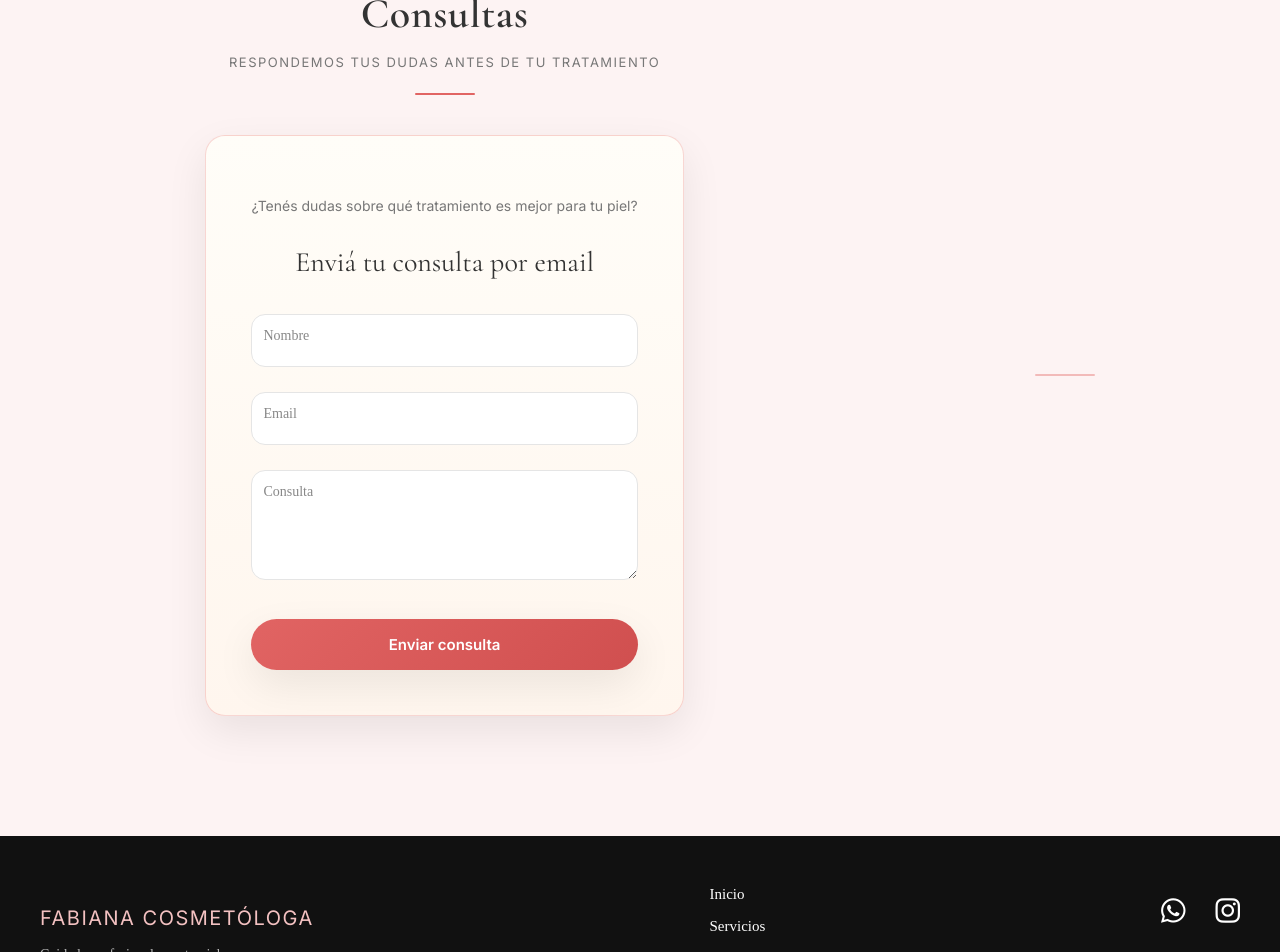
Repository: thiagobal1891-sudo/paginaweb
Page: pages/agenda.html
An editor plug-in stored every save of this project. The page is shown before and after the next save, followed by the edit.
The browser window is 1280 px wide. The pictures show the part of the page from y = 1425 to 2377 px (the page is 2600 px tall before and 2625 px after).
Some web fonts or font styles are not loaded; a fallback is used.

Above is the page before, as saved 2026-03-11 19:15:06.
Console error: ReferenceError: emailjs is not defined

### pages/agenda.html
<!DOCTYPE html>
<html lang="es">

<head>
  <meta charset="UTF-8">
  <meta name="viewport" content="width=device-width, initial-scale=1.0">
  <title>Fabiana Cosmetóloga</title>

  <!-- 🎨 Estilos locales -->
  <link rel="stylesheet" href="../css/style.css">

  <!-- 🪶 Tipografías -->
  <link rel="preconnect" href="https://fonts.googleapis.com">
  <link rel="preconnect" href="https://fonts.gstatic.com" crossorigin>
  <link
    href="https://fonts.googleapis.com/css2?family=Melodrama:wght@400;500;600;700&family=Inter:wght@100..900&family=Poppins:wght@100..900&family=Cormorant+Garamond:wght@300..700&display=swap"
    rel="stylesheet">

  <!-- ⭐ Font Awesome -->
  <link rel="stylesheet" href="https://cdnjs.cloudflare.com/ajax/libs/font-awesome/6.5.0/css/all.min.css"
    crossorigin="anonymous" referrerpolicy="no-referrer" />
</head>

<body>
  <header>
    <div class="container">
      <a href="../index.html" class="logo">
        <img src="../media/logo.png" alt="Logo de la marca">
      </a>
      <nav>
        <a href="servicios.html">SERVICIOS</a>
        <a href="agenda.html">AGENDA</a>
        <a href="info.html">INFO</a>
        <a href="contacto.html">CONTACTO</a>
      </nav>
    </div>
  </header>
<section id="agenda-ya" class="appear">

<div class="section-title">
  <h2>Agenda tu próxima cita</h2>
  <p>Elegí el horario disponible</p>
</div>

<div class="agenda-card">
  <iframe
  src="https://calendar.google.com/calendar/appointments/schedules/AcZssZ2eKdgVxdvbgrkUTVsqOwalHssheLS5kVcqAfOLuK-u68fTKpPQHXKQoJWOc8hcPsaKt-rAaWGU?gv=true"
  width="100%"
  height="600"
  style="border:0">
  </iframe>
</div>

</section>

<section id="consultas">

<div class="container">

<div class="section-title">
<h2>Consultas</h2>
<p>Respondemos tus dudas antes de tu tratamiento</p>
</div>

<div class="consulta-card">

<p class="consulta-sub">
¿Tenés dudas sobre qué tratamiento es mejor para tu piel?
</p>

<h3>Enviá tu consulta por email</h3>

<form id="consulta-form">

<div class="form-group">
<input type="text" name="user_name" required placeholder=" ">
<label>Nombre</label>
</div>

<div class="form-group">
<input type="email" name="user_email" required placeholder=" ">
<label>Email</label>
</div>

<div class="form-group">
<textarea name="message" rows="4" required placeholder=" "></textarea>
<label>Consulta</label>
</div>

<button type="submit" class="btn-enviar">
Enviar consulta
</button>

</form>

</div>

</div>

</section>


<footer class="footer">
  <div class="footer-container">

    <!-- Marca -->
    <div class="footer-brand">
      <h3>Fabiana Cosmetóloga</h3>
      <p>Cuidado profesional para tu piel</p>
    </div>

    <!-- Links internos -->
    <div class="footer-links">
      <a href="../index.html">Inicio</a>
      <a href="../pages/servicios.html">Servicios</a>
      <a href="../pages/agenda.html">Agenda</a>
      <a href="../pages/info.html">Info</a>
      <a href="../pages/contacto.html">Contacto</a>
    </div>

    <!-- Redes -->
    <div class="footer-social">
      <a href="https://wa.me/59894623252" target="_blank">
        <i class="fa-brands fa-whatsapp"></i>
      </a>
      <a href="https://www.instagram.com/fabicosmetologa" target="_blank">
        <i class="fa-brands fa-instagram"></i>
      </a>
    </div>

  </div>

  <div class="footer-bottom">
    <p>© 2026 Fabiana Cosmetóloga · Todos los derechos reservados</p>
  </div>
</footer>

  <!-- 📧 EmailJS -->
  <script src="https://cdn.jsdelivr.net/npm/emailjs-com@3/dist/email.min.js"></script>

  <!-- 🧠 Archivo JS externo -->
  <script src="../script.js" defer></script>


</body>

</html>

### css/style.css
@charset "UTF-8";

* {
  box-sizing: border-box;
}

html {
  scroll-behavior: smooth;
}


body {
  font-family: "Melodrama", serif;
  margin: 0;
}

@keyframes appear {
  from {
    opacity: 0;
    scale: 0.5;
  }
  to {
    opacity: 1;
    scale: 1;
  }
}
.appear{
opacity:0;
transform:translateY(40px);
transition:all .8s ease;
}

.appear.show{
opacity:1;
transform:translateY(0);
}
h1 {
  font-size: 3rem;
  line-height: 1.1;
}

h2 {
  font-size: 2rem;
  line-height: 1.2;
}

p {
  font-size: 1rem;
  line-height: 1.6;
}

h3 {
  font-size: 0.9em;
  font-family: "Inter", sans-serif;
  font-weight: 400;
  letter-spacing: 1.5px;
  color: #f3c1c1; /* tono más delicado que rojo fuerte */
  text-transform: uppercase;
}

section{
position:relative;
}

section::after{
content:"";
display:block;
width:60px;
height:2px;
background:#E16463;
margin:80px auto 0;
opacity:.4;
border-radius:2px;
}


.info_carta {
  font-size: 0.75em;
  color: #f2f2f2;
  font-family: "Inter", sans-serif;
  line-height: 1;
  margin-bottom: 2px;
  max-width:450px;
}


ul {
  list-style: none;
  padding-left: 0;
  font-size: 0.75em;
  font-family: "Inter", sans-serif;
  color: #ffffff;
}

ul li {
  margin-bottom: 4px;
  line-height: 1.3;
  padding-left: 22px;
  position: relative;
  opacity: 0.95;
  transition: transform 0.3s ease, opacity 0.3s ease;
}


ul li::before {
  content: "✧";
  position: absolute;
  left: 0;
  top: 0;
  color: #f3c1c1;
  font-size: 0.75em;
}


button {
  font-size: 1.5em;
  font-weight: 400;
  padding: 10px 30px;
  border-radius: 10px;
  border: 1.5px solid rgb(84, 84, 84);
  box-shadow: 0 15px 40px rgba(0,0,0,.08);
  color: white;
  background-color: #d86a6a;
  font-family: "Inter", sans-serif;
  transition: all 0.3s ease;
  cursor: pointer;
  font-weight: bold;
}

button:hover {
  background-color: white;
  color: #E16463;
  border-color: white;
}

.container {
  max-width: 1400px;
  margin: auto;
  padding:0 20px;
}
.container > *:not(:last-child){
margin-bottom:40px;
}
header {
  position: fixed;
  width: 100%;
  top: 0;
  left: 0;
  background-color: white;
  z-index: 1000;
  max-height: 120px;
  box-shadow: 0 15px 40px rgba(0,0,0,.08);
}

header .logo {
  display: flex;
  align-items: center;
  justify-content: flex-start;
}

header .logo img {
  width: 140px;
  /* ajusta según tu diseño */
  height: 90px;
  border-radius: 2px;
  margin-bottom: 10px;
}

header .container {
  display: flex;
  flex-direction: column;
  align-items: center;
}

header nav {
  display: flex;
  flex-direction: row;
  /* 🔹 cambia "column" por "row" */
  justify-content: center;
  /* opcional: centra los ítems horizontalmente */
  align-items: center;
  /* opcional: los alinea verticalmente */
  text-align: center;
}

header a {
  padding: 0px 5px;
  text-decoration: none;
  color: rgb(84, 84, 84);
  display: inline-block;
  font-family: "Inter", sans-serif;
  margin: 0 5px;
  font-size:14px;
letter-spacing:1px;
}

header a:hover {
  color:#E16463;
}

#hero {
    display: flex;
    align-items: flex-start;
    justify-content: center;
    text-align: left;
    flex-direction: column;
    min-height: 90vh;
    background-image: linear-gradient(0deg, rgba(0, 0, 0, 0.5),
      rgba(0, 0, 0, 0.5)),
      url("../media/fotopiel-rutina-de-skincare-cuidado-facial.webp");
      background-repeat: no-repeat;
      background-size: cover;
      background-position: center center; }

#hero h1 {
  color: white;
  font-family: "Cormorant Garamond";
  font-weight: 600;
  align-self: flex-start;
  text-align: left;
  padding-left: 50px;
  font-size: 5.5rem;
  max-width:700px;
  animation:heroFade 1.2s ease;
}
@keyframes heroFade{
from{
opacity:0;
transform:translateY(40px);
}
to{
opacity:1;
transform:translateY(0);
}
}
#hero button {
  font-size: 1.75em;
  align-self: flex-start;
  margin-left: 150px;
  margin-top: 25px;
  animation:heroFade 1.6s ease;
}


.section-title{
text-align:center;
margin-bottom:60px;
position:relative;
}

.section-title h2{
font-family:"Cormorant Garamond", serif;
font-size:36px;
font-weight:600;
color:#333;
margin-bottom:10px;
letter-spacing:0.5px;
}

.section-title p{
font-family:"Inter", sans-serif;
font-size:13px;
color:#777;
letter-spacing:1.5px;
text-transform:uppercase;
}

/* línea elegante */
.section-title::after{
content:"";
display:block;
width:60px;
height:2px;
background:#E16463;
margin:20px auto 0;
border-radius:2px;
}
.carousel_infocosmet {
  width: 100%;
  overflow: hidden;
  position: relative;
  background-color:  rgba(225,100,99,.15);
  padding:90px 0;
}
.carousel-track{
display:flex;
transition:transform .9s cubic-bezier(.22,.61,.36,1);
}
.slide{
min-width:100%;
width:100%;
flex-shrink:0;
display:flex;
align-items:flex-start;
justify-content:center;
gap:40px;
position:relative;
  opacity:1;
  transform:scale(1);
  transition:all .5s ease;
}
.slide.active{
opacity:1;
transform:scale(1);
}
.slide:hover img{
transform:scale(1.04);
}
.slide:hover .img-wrapper{
box-shadow:0 15px 40px rgba(0,0,0,.08);
}
.img-wrapper{
position:relative;
width:100%;
max-width:520px;
height:320px;
overflow:hidden;
border-radius:12px;
margin:0 auto;
display: block;
box-shadow:0 15px 40px rgba(0,0,0,.08);
transition:all .4s ease;
}

.img-wrapper .badge{
position:absolute;
left:12px;

display:inline-block;

background:rgba(0,0,0,0.55);
backdrop-filter:blur(4px);

color:white;
font-family:"Inter", sans-serif;
font-size:11px;
letter-spacing:1.5px;

padding:6px 14px;
border-radius:20px;

white-space:nowrap;

z-index:5;

box-shadow:0 15px 40px rgba(0,0,0,.08);
border:1px solid rgba(255,255,255,0.15);
}
.img-wrapper img {
width:100%;
height:100%;
object-fit:cover;
display: block;
transition:transform .6s ease, filter .6s ease;
}

.img-wrapper:hover{
transform:translateY(-4px);
box-shadow:0 15px 40px rgba(0,0,0,.08);
}
.badge.top{
top:12px;
}

.badge.bottom{
bottom:12px;
}
#infocosmet .img-wrapper{
position:relative;
overflow:hidden;
}

#infocosmet .badge{
position:absolute;
left:12px;
background:rgba(0,0,0,.55);
backdrop-filter:blur(4px);
color:white;
font-family:"Inter",sans-serif;
font-size:11px;
letter-spacing:1.5px;
padding:6px 14px;
border-radius:20px;
white-space:nowrap;
z-index:20;
}

#infocosmet .badge.top{
top:12px;
}

#infocosmet .badge.bottom{
bottom:12px;
}


#Tratamientos .container{
  background: linear-gradient(180deg, #fffdf8, #fff6ee);
  box-shadow: 0 15px 40px rgba(0,0,0,.08);
}




.carousel-wrapper{
overflow:hidden;
max-width:1200px;
margin:0 auto;
position:relative;
}

/* TRACK */
.carta-tratamientos{
display:flex;
gap:30px;
overflow-x:auto;
scroll-snap-type:x mandatory;
scroll-behavior:smooth;
padding:10px;
}

/* ocultar scrollbar */
.carta-tratamientos::-webkit-scrollbar{
display:none;
}

/* CARTAS */
.carta{
flex:0 0 100%;
scroll-snap-align:center;
height:520px;
border-radius:12px;
background:white;
padding:40px;
background-size:cover;
background-position:center;
position:relative;
overflow: hidden;
}

.carta::before{
content:"";
position:absolute;
top:0;
left:0;
width:100%;
height:3px;
background:#E16463;
transform:scaleX(0);
transform-origin:left;
transition:transform 0.3s ease;
}

.carta:hover::before{
transform:scaleX(1);
}
/* Asegura que el contenido quede arriba */
.carta > * {
  position: relative;
  z-index: 2;
}
.carta h3{
margin-bottom:10px;
}

.carta p{
margin-bottom:10px;
}

.carta ul{
margin-top:10px;
}

.carta:hover::after{
left:100%;
}



.carta:hover ul li {
  transform: translateX(4px);
  opacity: 1;
}
.carta:hover h3{
color:#E16463;
}
.carta,
.agenda-card,
.consulta-card{
transition:all .35s ease;
}

.carta:hover,
.agenda-card:hover,
.consulta-card:hover{
transform:translateY(-6px);
box-shadow:0 20px 50px rgba(0,0,0,.12);
}
/* FLECHAS */
.arrow {
  all: unset;              /* 🔥 reset total del botón */
  position: absolute;
  top: 50%;
  transform: translateY(-50%);
  z-index: 999;
  width: 40px;
  height: 40px;
  border-radius: 50%;
  background: rgba(0,0,0,0.6);
  color: white;
  display: flex;
  align-items: center;
  justify-content: center;
  cursor: pointer;
}


.arrow.left {
  left: 15px;
}

.arrow.right {
  right: 15px;
}


.carta:first-child {
  background-image: linear-gradient(0deg, rgba(0, 0, 0, 0.5), rgba(0, 0, 0, 0.5)), url("../media/Tratamientos-3.jpg");
}

.carta:nth-child(2) {
  background-image: linear-gradient(0deg, rgba(0, 0, 0, 0.5), rgba(0, 0, 0, 0.5)), url("../media/Tratamientos-2.jpg");
}

.carta:nth-child(3) {
  background-image: linear-gradient(0deg, rgba(0, 0, 0, 0.5), rgba(0, 0, 0, 0.5)), url("../media/Tratamientos-1.jpg");
}

.carta:nth-child(4) {
  background-image: linear-gradient(0deg, rgba(0, 0, 0, 0.5), rgba(0, 0, 0, 0.5)), url("../media/Tratamientos-1.jpg");
}

.carta:nth-child(5) {
  background-image: linear-gradient(0deg, rgba(0, 0, 0, 0.5), rgba(0, 0, 0, 0.5)), url("../media/Tratamientos-2.jpg");
}

.carta:nth-child(6) {
  background-image: linear-gradient(0deg, rgba(0, 0, 0, 0.5), rgba(0, 0, 0, 0.5)), url("../media/Tratamientos-1.jpg");
}

.carta:nth-child(7) {
  background-image: linear-gradient(0deg, rgba(0, 0, 0, 0.5), rgba(0, 0, 0, 0.5)), url("../media/Tratamientos-1.jpg");
}

#caracteristicas {
  background: #fff9ec;
  padding: 180px 20px;
}

#caracteristicas .container {
  display: flex;
  justify-content: center;
}

#caracteristicas .contact-card {
  width: 100%;
  max-width: 700px;
  background: #fffdf8;
  border: 2px solid #E16463;
  border-radius: 30px;
  padding: 40px 50px;
  text-align: center;
  box-shadow: 0 15px 40px rgba(0,0,0,.08);
}


/* Títulos */
#caracteristicas .contact-card {
  background: linear-gradient(180deg, #fffdf8, #fff6ee);
  border: 2px solid rgba(225,100,99,.6);
  box-shadow: 0 15px 40px rgba(0,0,0,.08);
}


#caracteristicas .contact-card h3 {
  font-weight: normal;
  font-style: italic;
  margin-bottom: 40px;
  color: #E16463;
}

/* Items */
#caracteristicas .contact-item {
  display: flex;
  align-items: center;
  gap: 20px;
  text-align: left;
}

#caracteristicas .contact-item i {
  font-size: 28px;
  color: #E16463;
}

/* Textos */
#caracteristicas .label {
  display: block;
  font-size: 14px;
  opacity: 0.7;
}

#caracteristicas .valor {
  font-size: 18px;
  font-weight: 600;
  color: #E16463;
  text-decoration: none;
}

/* Separadores */
#caracteristicas .contact-card hr {
  border: none;
  border-top: 1px solid #E16463;
  margin: 25px 0;
}

#agenda-ya{
padding:120px 20px;
background:rgba(225,100,99,.15);
}

.agenda-card{
max-width:900px;
margin:auto;
background:white;
padding:30px;
border-radius:20px;
box-shadow:0 15px 40px rgba(0,0,0,.08);
border:1px solid rgba(225,100,99,.2);
}

/* contenedor elegante del calendario */
#agenda-ya iframe{
max-width:900px;
width:100%;
height:650px;
border-radius:20px;
background:white;
box-shadow:0 15px 40px rgba(0,0,0,.08);
border:1px solid rgba(225,100,99,.2);
padding:10px;
}

.contact-item a {
  position: relative;
  text-decoration: none;
  color: #E16463; /* color de marca */
  font-weight: 500;
}


.contact-item a::after {
  content: "";
  position: absolute;
  left: 0;
  bottom: -3px;
  width: 0;
  height: 1px;
  background-color: #E16463;
  transition: width 0.3s ease;
}

.contact-item a:hover::after {
  width: 100%;
}

.link-icon {
  font-size: 0.15em;   /* más pequeño */
  margin-left: 4px;
  opacity: 0.6;       /* más sutil */
  transition: all 0.3s ease;
}
.contact-item a:hover .link-icon {
  opacity: 1;
  transform: translateY(-1px);
}


#consultas{
padding:120px 20px;
background:rgba(225,100,99,.08);
display:flex;
justify-content:center;
align-items:center;
}
#consultas .container{
display:flex;
flex-direction:column;
align-items:center;
justify-content:center;
}
.consulta-card{
background:linear-gradient(180deg,#fffdf8,#fff6ee);
padding:45px;
border-radius:20px;
box-shadow:0 15px 40px rgba(0,0,0,.08);
width:100%;
max-width:600px;
border:1px solid rgba(225,100,99,.25);

margin-left:auto;
margin-right:auto;
}
.consulta-sub{
text-align:center;
font-family:"Inter", sans-serif;
font-size:14px;
color:#777;
margin-bottom:25px;
}
.consulta-card form{
margin-top:10px;
}
.consulta-card h3{
margin-bottom:35px;
text-align:center;
font-family:"Cormorant Garamond", serif;
font-size:28px;
color:#333;
letter-spacing:0;
text-transform:none;
}

/* INPUTS MODERNOS */
.form-group {
  position: relative;
  margin-bottom: 25px;
}
.form-group input,
.form-group textarea{
width:100%;
padding:16px 14px;
border-radius:14px;
border:1px solid #e5e5e5;
font-size:15px;
font-family:"Inter", sans-serif;
outline:none;
transition:all .3s ease;
background:#fff;
}

.form-group input:focus,
.form-group textarea:focus{
border-color:#E16463;
box-shadow:0 0 0 3px rgba(225,100,99,.15);
}
/* LABEL flotante */
.form-group label {
  position: absolute;
  left: 12px;
  top: 14px;
  font-size: 14px;
  color: #888;
  transition: 0.3s ease;
  pointer-events: none;
}

.form-group input:focus + label,
.form-group input:not(:placeholder-shown) + label,
.form-group textarea:focus + label,
.form-group textarea:not(:placeholder-shown) + label {
  top: -8px;
  left: 10px;
  font-size: 12px;
  background: white;
  padding: 0 5px;
  color: #E16463;
}

.btn-enviar{
width:100%;
padding:16px;
border-radius:30px;
border:none;
background:linear-gradient(135deg,#E16463,#d04f4f);
color:white;
font-weight:600;
font-size:15px;
cursor:pointer;
transition:all .3s ease;
margin-top:10px;
}

.btn-enviar:hover{
transform:translateY(-2px);
box-shadow:0 15px 40px rgba(0,0,0,.08);
}

.sobre-nosotros {
  padding: 140px 10%;
  background-color: #f3f3f3;
}

.sobre-nosotros h2 {
  text-align: center;
  font-size: 2.2rem;
  color: #E16463;
  margin-bottom: 60px;
  font-weight: bold;
  margin-top: 100px;
}

.sobre-container {
  display: flex;
  align-items: center;
  justify-content: space-between;
  gap: 60px;
  flex-direction: column;
}

.sobre-texto {
  flex: 1;
  text-align: center;
  font-family: "Cormorant Garamond", serif;
  font-size: 28px;
}

.sobre-texto p {
  font-size: 1.8rem;
  line-height: 1.5;
  margin-bottom: 40px;
}

.link-servicios {
  display: block;
  margin-bottom: 20px;
  font-size: 1rem;
}

.btn-vermas {
  display: inline-flex;
  align-items: center;
  justify-content: center;
  padding: 12px 28px;
  border-radius: 6px;
  font-size: 1rem;
  cursor: pointer;
  font-style: italic;


  background-color: #E16463;   /* 🔥 faltaba esto */
  color: white;                /* 🔥 y esto */
  text-decoration: none;       /* 🔥 importante en <a> */
  border: 1.5px solid #E16463;
  transition: all 0.3s ease;
}

.btn-vermas:hover {
  background-color: white;
  color: #E16463;
}

.sobre-img {
  flex: 1;
}

.sobre-img img {
  width: 100%;
  height: auto;
  display: block;
}

.whatsapp-float{
position:fixed;
bottom:25px;
right:25px;
width:60px;
height:60px;
background:#25D366;
color:white;
border-radius:50%;
display:flex;
align-items:center;
justify-content:center;
font-size:30px;
box-shadow:0 15px 40px rgba(0,0,0,.08);
z-index:1000;
transition:all .3s ease;
}

.whatsapp-float:hover{
transform:scale(1.1);
}

.footer {
  background: #111;
  color: #fff;
  padding: 50px 20px 25px;
}

.footer-container {
  display: flex;
  flex-direction: column;
  align-items: center;
  gap: 35px;
  text-align: center;
}

/* Marca */
.footer-brand h3 {
  font-size: 20px;
  margin-bottom: 8px;
}

.footer-brand p {
  font-size: 14px;
  opacity: 0.7;
}

/* Links */
.footer-links {
  display: flex;
  flex-direction: column;
  gap: 15px;
}

.footer-links a {
  text-decoration: none;
  color: #fff;
  font-size: 15px;
  transition: 0.3s;
}

.footer-links a:active {
  color: #E16463;
}

/* Redes */
.footer-social {
  display: flex;
  gap: 30px;
  margin-top: 10px;
}

.footer-social a {
  font-size: 28px;
  color: #fff;
  transition: 0.3s;
}

.footer-social a:active {
  transform: scale(0.9);
  color: #E16463;
}

/* Línea inferior */
.footer-bottom {
  margin-top: 40px;
  padding-top: 20px;
  border-top: 1px solid rgba(255,255,255,0.15);
  font-size: 13px;
  opacity: 0.6;
}

@media (max-width:480px){

.img-wrapper{
height:240px;
}

}

@media (min-width: 768px){

#hero {
  align-items: center;
  text-align: center;
  padding: 0 10%;
}

#hero h1 {
  padding-left: 0;
  align-self: center;
}

#hero button {
  margin-left: 0;
  align-self: center;
}

header .container {
  flex-direction: row;
  justify-content: space-between;
  align-items: center;
  padding: 0 40px;
}

header nav {
  gap: 25px;
}

.slide {
  flex-direction: row;
  justify-content: center;
  gap: 40px;
}
.slide::after{
content:"";
position:absolute;
top:50%;
left:50%;
transform:translate(-50%,-50%);
width:1px;
height:70%;
background:linear-gradient(
to bottom,
transparent,
rgba(225,100,99,0.4),
transparent
);
pointer-events:none;
}

.slide img{
max-width:450px;
height:260px;
}

/* 🔥 CARRUSEL TRATAMIENTOS (ARREGLADO) */
.carta-tratamientos{
  display:flex;
  gap:30px;
}

.carta{
  flex:0 0 calc((100% - 30px) / 2);
  height:520px;
  border-radius:20px;
}

.sobre-container {
  flex-direction: row;
  align-items: center;
  text-align: left;
}

.sobre-texto {
  text-align: left;
}

.sobre-texto p {
  font-size: 1.5rem;
}

#caracteristicas {
  padding: 120px 20px;
}

.footer-container {
  flex-direction: row;
  justify-content: space-between;
  align-items: flex-start;
  text-align: left;
  max-width: 1200px;
  margin: auto;
}

}


@media (min-width: 1024px) {
  #hero {
  align-items: center;
  text-align: center;
  padding: 0 10%;
}

#hero h1 {
  font-size: 4.5em;
  padding-left: 0;
  align-self: center;
}

#hero button {
  margin-left: 0;
  align-self: center;
}
header .container {
  flex-direction: row;
  justify-content: space-between;
  align-items: center;
  padding: 0 40px;
}

header nav {
  gap: 25px;
}


.slide {
  display: flex;
  flex-direction: row;
  justify-content: center;
  gap: 40px;
}

/* Contenedor de cada imagen */
.img-wrapper {
  width: 450px;
  height: 260px;
  overflow: hidden;
  border-radius: 15px;
}

/* Imagen */
.img-wrapper img {
  width:100%;
  height:100%;
  object-fit:cover;
  display: block;
}

#Tratamientos {
  padding:120px 10%;
  background-color: rgba(225,100,99,.15);
}
#Tratamientos .container {
  background: linear-gradient(180deg, #fffdf8, #fff6ee);
  padding: 80px 0;
}


/* WRAPPER GENERAL */
.carousel-wrapper {
  overflow: hidden;
  max-width:1200px;
  margin:0 auto;
}

/* CONTENEDOR DE TODAS LAS CARTAS */
.carta-tratamientos{
display:flex;
gap:30px;
transition: transform 0.5s ease;
}

.carta{
flex:0 0 calc((100% - 30px) / 2);
min-height:520px;
height:auto;
border-radius:20px;
padding:50px 60px;
}




.arrow {
  all: unset;
  position: absolute;
  top: 50%;
  transform: translateY(-50%);
  z-index: 5;
  width: 40px;
  height: 40px;
  border-radius: 50%;
  color: white;
  display: flex;
  align-items: center;
  justify-content: center;
  cursor: pointer;
  background-color: rgba(225,100,99,.08);
}

.arrow.left {
  left: 10px;
}

.arrow.right {
  right: 10px;
}

.section-title h2{
font-size:42px;
}

.section-title{
margin-bottom:80px;
}

.sobre-container {
  flex-direction: row;
  align-items: center;
  text-align: left;
}

.sobre-texto {
  text-align: left;
}

.sobre-texto p {
  font-size: 1.5rem;
}
#caracteristicas {
  padding: 120px 20px;
}
#agenda-ya{
padding:120px 20px;
}
.footer-container {
  flex-direction: row;
  justify-content: space-between;
  align-items: flex-start;
  text-align: left;
  max-width: 1200px;
  margin: auto;
}


}

Loaded but not shown: script.js (122 lines, source omitted)

After the next save:
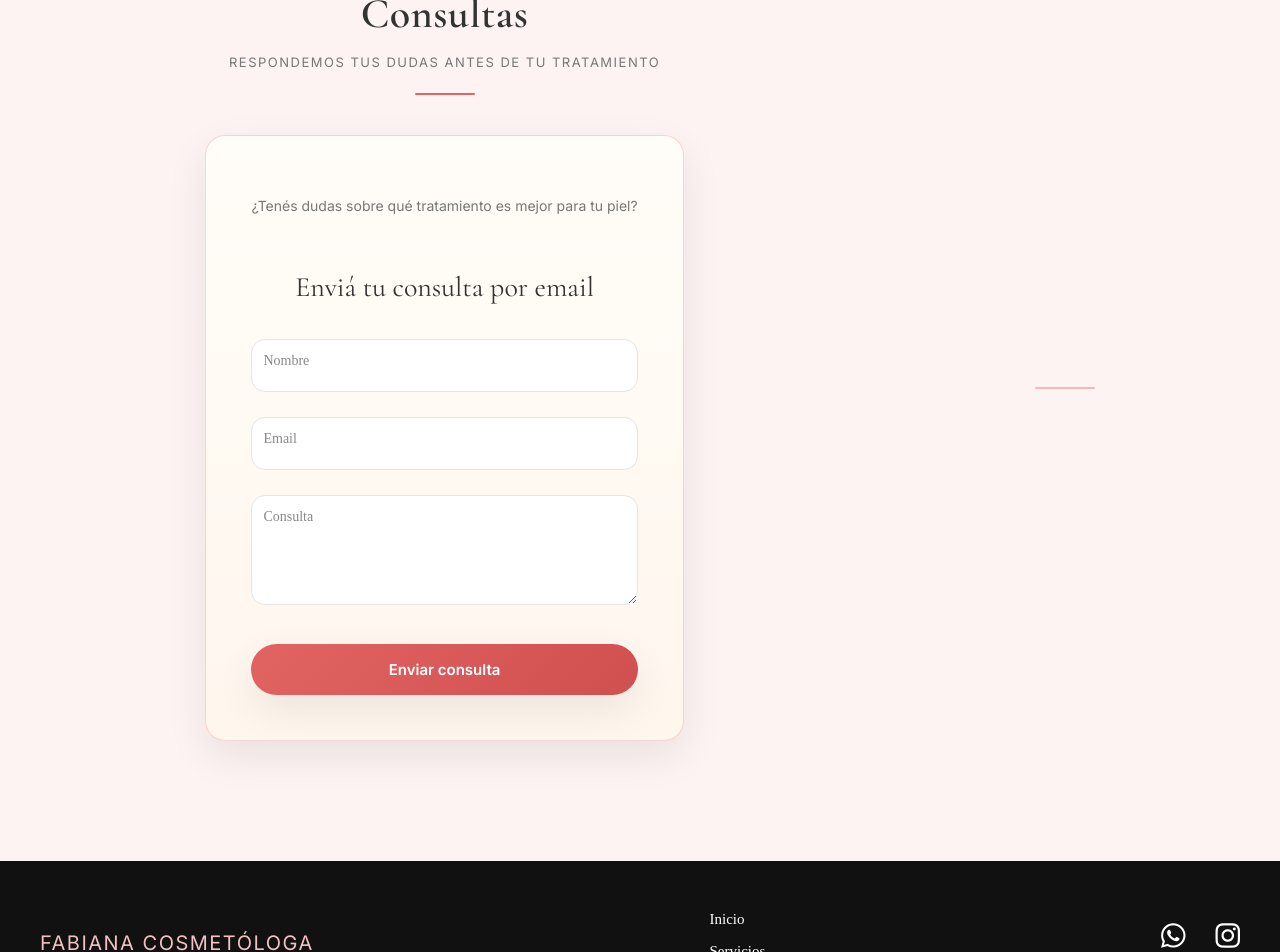
Saved 3 min 3 s later.
--- a/css/style.css
+++ b/css/style.css
@@ -703,12 +703,17 @@ background:linear-gradient(180deg,#fffdf8,#fff6ee);
 padding:45px;
 border-radius:20px;
 box-shadow:0 15px 40px rgba(0,0,0,.08);
+
 width:100%;
 max-width:600px;
+
 border:1px solid rgba(225,100,99,.25);
 
-margin-left:auto;
-margin-right:auto;
+margin:0 auto;
+
+display:flex;
+flex-direction:column;
+align-items:center;
 }
 .consulta-sub{
 text-align:center;
@@ -718,7 +723,9 @@ color:#777;
 margin-bottom:25px;
 }
 .consulta-card form{
-margin-top:10px;
+width:100%;
+max-width:500px;
+margin:auto;
 }
 .consulta-card h3{
 margin-bottom:35px;
